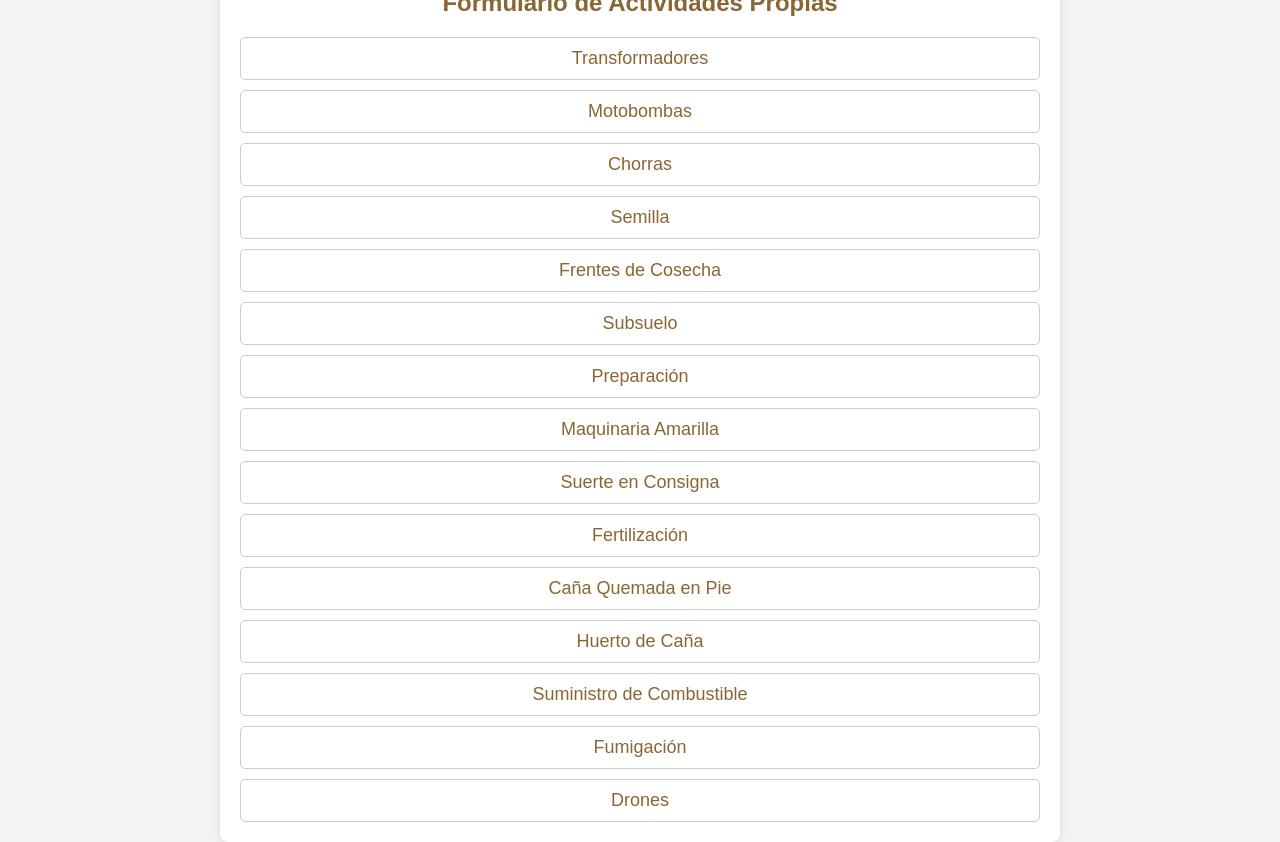
Repository: tayuanlogua/prototipo-de-control-de-accesos
Page: Patrullas/src/actividadespropias.html
An editor plug-in stored every save of this project. The page is shown before and after the next save, followed by the edit.
The browser window is 1280 px wide. The pictures show the whole page.

Above is the page before, as saved 2024-08-22 11:03:01.

After the next save:
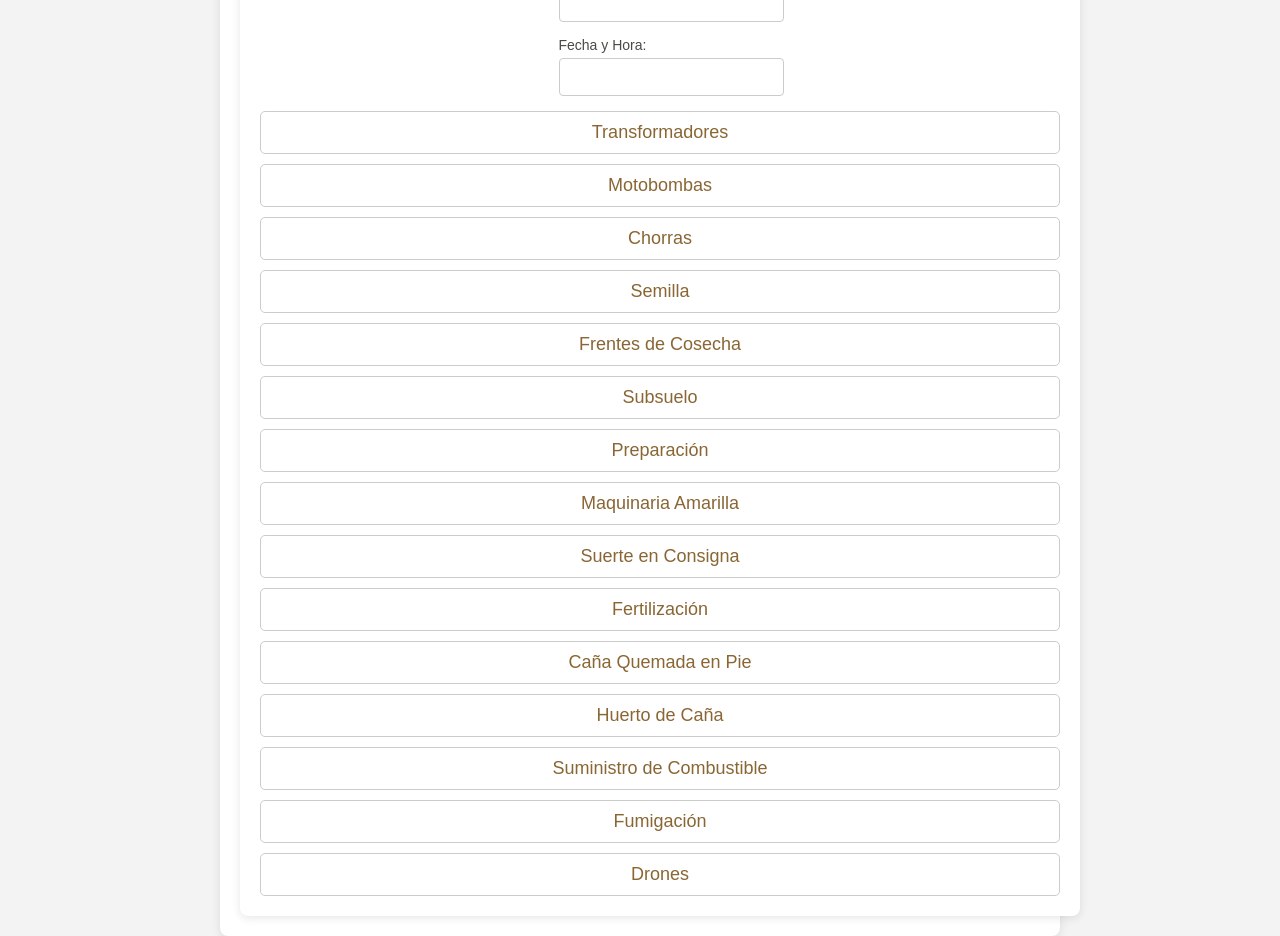
Saved 3 min 20 s later.
--- a/Patrullas/src/actividadespropias.html
+++ b/Patrullas/src/actividadespropias.html
@@ -12,6 +12,16 @@
     </header>
     <div class="login-container">
       <h1>Formulario de Actividades Propias</h1>
+      <form id="motobombas-form" enctype="multipart/form-data">
+        <div class="form-group">
+          <label for="ubicacion">Ubicación:</label>
+          <input type="text" id="ubicacion" name="ubicacion" required />
+        </div>
+
+        <div class="form-group">
+          <label for="date-time">Fecha y Hora:</label>
+          <input type="text" id="date-time" name="date-time" readonly />
+        </div>
       <div class="activities-form">
         <a href="transformadores.html">Transformadores</a>
         <a href="motobombas.html">Motobombas</a>
